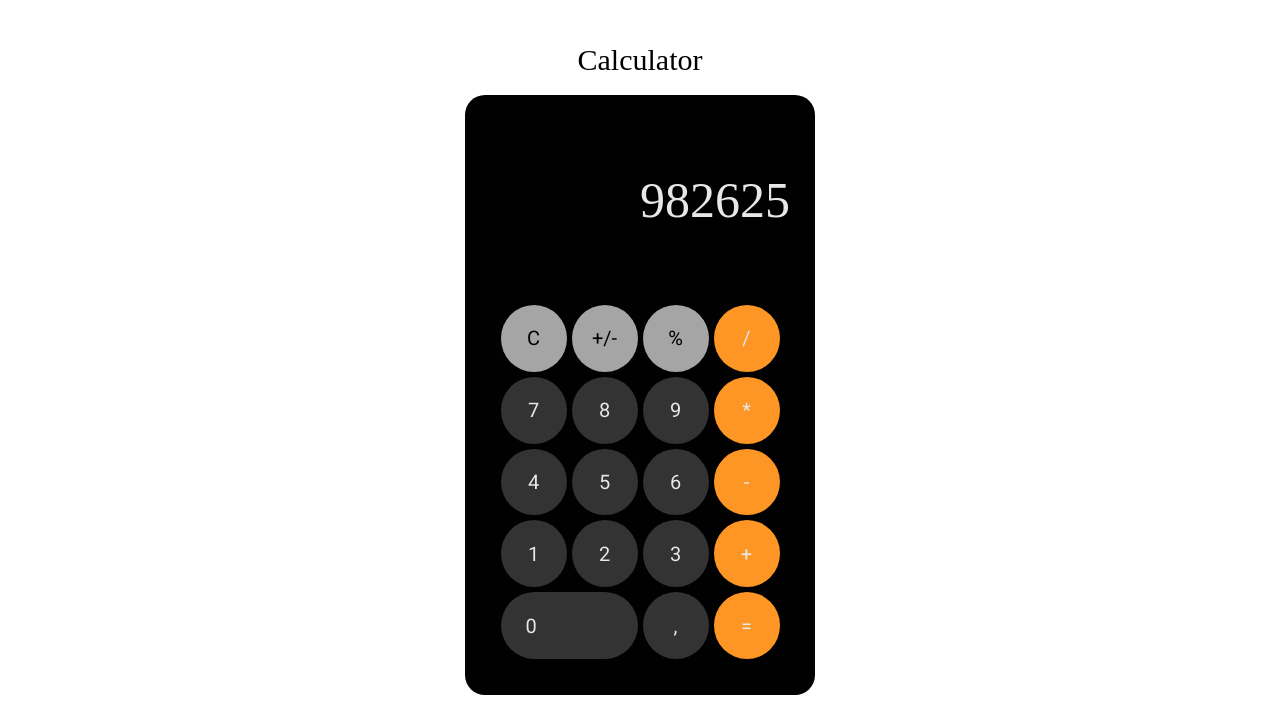
Repository: Gibon9/SimpleCalc
Page: index.html
The author's editor kept a copy of each file at every save. The page is drawn from the files as they stood at one save, then again after the next save.
The browser window is 1280 px wide. The pictures show the whole page.
Some web fonts or font styles are not loaded; a fallback is used.

Above is the page before, as saved 2020-12-07 21:53:22.

### index.html
<!DOCTYPE html>
<html lang="en">
  <head>
    <meta charset="UTF-8" />
    <meta name="viewport" content="width=device-width, initial-scale=1.0" />
    <link rel="stylesheet" href="style/reset.css" />
    <link rel="stylesheet" href="style/style.css" />
    <title>Calculator</title>
  </head>

  <body>
    <main class="main">
      <h1 class="title">Calculator</h1>
      <section class="clac">
        <div class="calc-display">
          <p class="calc-dispaly--text" id="display">982625</p>
        </div>
        <section class="keyboard" id="keyboard">
          <button class="calc-button calc-button-secondary c-btn" id="clear">
            C
          </button>
          <button
            class="calc-button calc-button-secondary plus-minus-btn"
            id="plus-minus"
          >
            +/-
          </button>
          <button
            class="calc-button calc-button-secondary percent-btn"
            id="percent"
          >
            %
          </button>
          <button class="calc-button one-btn" id="btn1" data-btn="1">1</button>
          <button class="calc-button two-btn" id="btn2" data-btn="2">2</button>
          <button class="calc-button three-btn" id="btn3" data-btn="3">
            3
          </button>
          <button class="calc-button four-btn" id="btn4" data-btn="4">4</button>
          <button class="calc-button five-btn" id="btn5" data-btn="5">5</button>
          <button class="calc-button six-btn" id="btn6" data-btn="6">6</button>
          <button class="calc-button seven-btn" id="btn7" data-btn="7">
            7
          </button>
          <button class="calc-button eight-btn" id="btn8" data-btn="8">
            8
          </button>
          <button class="calc-button nine-btn" id="btn9" data-btn="9">9</button>
          <button class="calc-button zero-btn" id="btn0" data-btn="0">0</button>
          <button
            class="calc-button calc-button-operation plus-btn"
            id="plus"
            data-btn="+"
          >
            +
          </button>
          <button
            class="calc-button calc-button-operation minus-btn"
            id="minus"
            data-btn="-"
          >
            -
          </button>
          <button
            class="calc-button calc-button-operation divide-btn"
            id="divide"
            data-btn="/"
          >
            /
          </button>
          <button
            class="calc-button calc-button-operation multiply-btn"
            id="multiply"
            data-btn="*"
          >
            *
          </button>
          <button
            class="calc-button calc-button-operation equal-btn"
            id="equal"
            data-btn="="
          >
            =
          </button>
          <button class="calc-button coma-btn" id="coma" data-btn=",">,</button>
        </section>
      </section>
    </main>
    <script src="./index.js"></script>
  </body>
</html>

### style/style.css
@import url("https://fonts.googleapis.com/css2?family=Roboto&family=Saira+Stencil+One&display=swap");

:root {
  --background-color: #010101;
  --display-color: black;
  --primary-btn-color: #a5a5a5;
  --secondary-color: #333333;
  --secondary-btn-color: #fd9624;
  --text-color: #e7e7e7;
}

* {
  box-sizing: border-box;
}

.calc-display,
.title {
  font-family: "Saira Stencil One", cursive;
}

.calc-button {
  font-family: "Roboto", sans-serif;
}

.main {
  display: flex;
  flex-direction: column;
  justify-content: center;
  align-items: center;
  width: 100vw;
  height: 100vh;
}

.title {
  font-size: 30px;
  margin: 20px 0;
}

.clac {
  width: 350px;
  height: 600px;
  background-color: var(--background-color);
  border-radius: 20px;
}

.calc-display {
  display: flex;
  flex-direction: column;
  justify-content: center;
  margin: 0 auto;
  width: 300px;
  height: 35%;
  background-color: var(--display-color);
  color: var(--text-color);
  border-radius: 10px;
  font-size: 40px;
}

.calc-dispaly--text {
  text-align: right;
  font-size: 50px;
}

.keyboard {
  height: 65%;
  display: grid;
  grid-template-columns: repeat(10, 1fr);
  grid-template-rows: repeat(11, 1fr);
  gap: 5px 5px;
}

.calc-button {
  cursor: pointer;
  font-size: 20px;
  color: var(--text-color);
  background-color: var(--secondary-color);
  border-radius: 50%;
  border: none;
}

.calc-button:hover {
  background-color: #3f3f3f;
}

.calc-button-operation {
  background-color: var(--secondary-btn-color);
}

.calc-button-operation:hover {
  background-color: #ff8800;
}

.calc-button-secondary {
  background-color: var(--primary-btn-color);
  color: var(--background-color);
}

.calc-button-secondary:hover {
  background-color: #969696;
}

.c-btn {
  grid-column: 2/4;
  grid-row: 1/3;
}

.plus-minus-btn {
  grid-column: 4/6;
  grid-row: 1/3;
}

.percent-btn {
  grid-column: 6/8;
  grid-row: 1/3;
}

.divide-btn {
  grid-column: 8/10;
  grid-row: 1/3;
}

.seven-btn {
  grid-column: 2/4;
  grid-row: 3/5;
}

.eight-btn {
  grid-column: 4/6;
  grid-row: 3/5;
}

.nine-btn {
  grid-column: 6/8;
  grid-row: 3/5;
}

.multiply-btn {
  grid-column: 8/10;
  grid-row: 3/5;
}

.four-btn {
  grid-column: 2/4;
  grid-row: 5/7;
}

.five-btn {
  grid-column: 4/6;
  grid-row: 5/7;
}

.six-btn {
  grid-column: 6/8;
  grid-row: 5/7;
}

.minus-btn {
  grid-column: 8/10;
  grid-row: 5/7;
}

.one-btn {
  grid-column: 2/4;
  grid-row: 7/9;
}

.two-btn {
  grid-column: 4/6;
  grid-row: 7/9;
}

.three-btn {
  grid-column: 6/8;
  grid-row: 7/9;
}

.plus-btn {
  grid-column: 8/10;
  grid-row: 7/9;
}

.zero-btn {
  grid-column: 2/6;
  grid-row: 9/11;
  border-radius: 50px;
  text-align: left;
  padding-left: 25px;
}

.coma-btn {
  grid-column: 6/8;
  grid-row: 9/11;
}

.equal-btn {
  grid-column: 8/10;
  grid-row: 9/11;
}

### index.js
const display = document.getElementById("display");
const keyboard = document.getElementById("keyboard");
const buttons = document.querySelectorAll(".calc-button");

keyboard.addEventListener("click", (e) => {
  if (e.target.id === "btn1") {
    console.log(e.target.innerText);
  } else if (e.target.id === "btn2") {
  } else if (e.target.id === "btn3") {
  } else if (e.target.id === "btn4") {
  } else if (e.target.id === "btn5") {
  } else if (e.target.id === "btn6") {
  } else if (e.target.id === "btn7") {
  } else if (e.target.id === "btn8") {
  } else if (e.target.id === "btn9") {
  } else if (e.target.id === "btn0") {
  } else if (e.target.id === "plus-minus") {
  } else if (e.target.id === "percent") {
  } else if (e.target.id === "clear") {
  } else if (e.target.id === "plus") {
  } else if (e.target.id === "minus") {
  } else if (e.target.id === "divide") {
  } else if (e.target.id === "multiply") {
  } else if (e.target.id === "equal") {
  } else if (e.target.id === "coma") {
  }
});

Loaded but not shown: style/reset.css (common file)

After the next save:
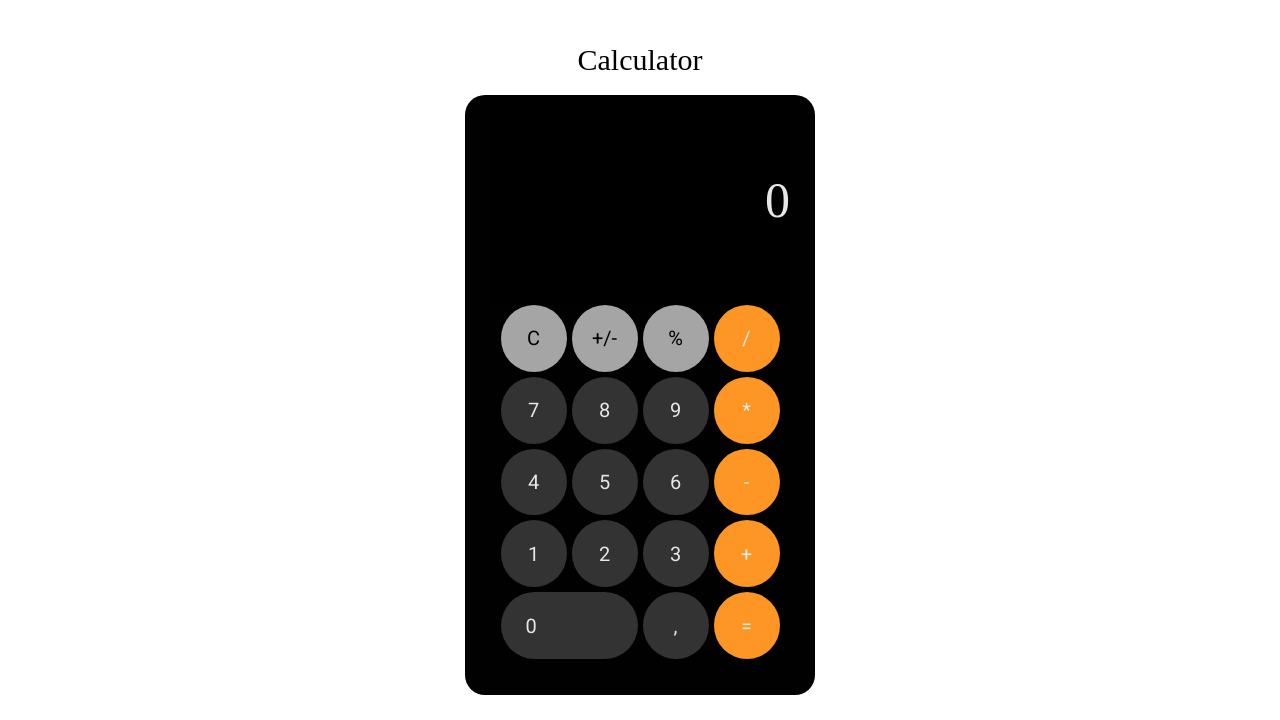
Saved 111 s later.
--- a/index.html
+++ b/index.html
@@ -13,7 +13,7 @@
       <h1 class="title">Calculator</h1>
       <section class="clac">
         <div class="calc-display">
-          <p class="calc-dispaly--text" id="display">982625</p>
+          <p class="calc-dispaly--text" id="display">0</p>
         </div>
         <section class="keyboard" id="keyboard">
           <button class="calc-button calc-button-secondary c-btn" id="clear">
--- a/index.js
+++ b/index.js
@@ -5,6 +5,7 @@ const buttons = document.querySelectorAll(".calc-button");
 keyboard.addEventListener("click", (e) => {
   if (e.target.id === "btn1") {
     console.log(e.target.innerText);
+    display.innerText = e.target.innerText;
   } else if (e.target.id === "btn2") {
   } else if (e.target.id === "btn3") {
   } else if (e.target.id === "btn4") {
